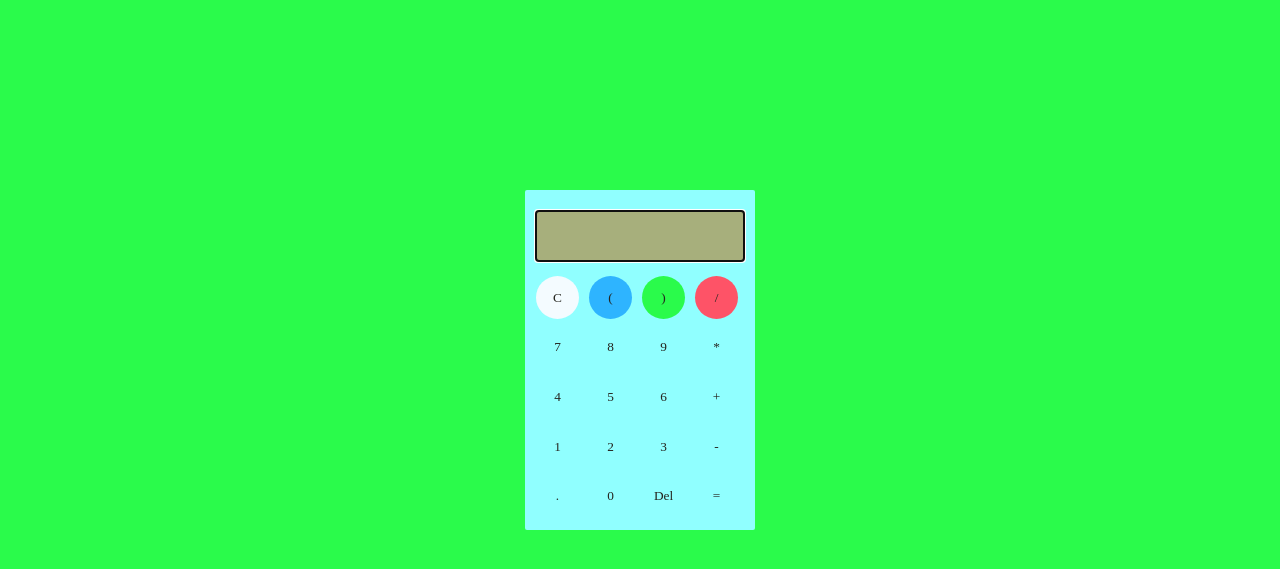
Repository: ServerK001/CalcJsVanilha
Page: index.html
These files come from the project's save history. The page is drawn as it stood at one moment and after the next save; the edit follows.
The browser window is 1280 px wide. The pictures show the whole page.
The first visible `input[type=text]` has the focus.

Above is the page before, as saved 2022-02-14 22:06:20.

### index.html
<!DOCTYPE html>
<html lang="pt-br">
<head>
    <meta charset="UTF-8">
    <meta http-equiv="X-UA-Compatible" content="IE=edge">
    <meta name="viewport" content="width=device-width, initial-scale=1.0">
    <script src="index.js" ></script>
    <link rel="stylesheet" href="style.css">


    <title>Calculadora</title>
</head>
<body>

        <section class="conteiner">


            <table class="calculadora">
                <tr>
                    <td colspan="4"><input type="text" class="display"></td>
                </tr>

                <tr>
                    <td><button class="btn btn_1 btn-clear">C</button></td>
                    <td><button class="btn btn_2 btn-num">(</button></td>
                    <td><button class="btn btn_3 btn-num">)</button></td>
                    <td><button class="btn btn_4 btn-num">/</button></td>
                </tr>

                <tr>
                    <td><button class="btn btn-num">7</button></td>
                    <td><button class="btn btn-num">8</button></td>
                    <td><button class="btn btn-num">9</button></td>
                    <td><button class="btn btn-num">*</button></td>
                </tr>
                <tr>
                    <td><button class="btn btn-num">4</button></td>
                    <td><button class="btn btn-num">5</button></td>
                    <td><button class="btn btn-num">6</button></td>
                    <td><button class="btn btn-num">+</button></td>
                </tr>
                <tr>
                    <td><button class="btn btn-num">1</button></td>
                    <td><button class="btn btn-num">2</button></td>
                    <td><button class="btn btn-num">3</button></td>
                    <td><button class="btn btn-num">-</button></td>
                </tr>
                <tr>
                    <td><button class="btn btn-num">.</button></td>
                    <td><button class="btn btn-num">0</button></td>
                    <td><button class="btn btn-del">Del</button></td>
                    <td><button class="btn btn-num">=</button></td>
                </tr>

            </table>


        </section>

</body>
</html>

### index.js
console.log('Olá mundo')

### style.css


:root{
    --btn: #25251f;
    --font-display:#435338;
    --displayBG:#a7af7c;
    --bgCalc:#90FFFF;
    --bgConteiner:#5b5b5b;

    /*Bootuns Colors*/

    --btn_1:#F4FBFF;
    --btn_2:#2EB4FF;
    --btn_3:#2AFB4B;
    --btn_4:#FE5367;
    --btn_5:#FDEA44;
    --btn_6:#EA46ED;
    --btnHover: #c5e9fd;




}

.display{
    font-size: 1rem;
    width: 100%;
    height: 50px;
    text-align: right;
    font-family: "Unibody 8";
    color: var(--font-display);
    background-color: var(--displayBG);

        border: none;
}

input[type=text] {
    width: 100%;
    padding: 12px 20px;
    margin: 8px 0;
    box-sizing: border-box;
  }
  input[type=text]:focus{
      border: none;

  }

.btn{
    font-family: "Unibody 8";
    color:var(--btn);
    background-color: var(--bgBtn);
    padding: 0.5rem ;
    border-radius: 50%;
    align-items: center;
    border: none;
    height: 43px;
    width: 43px;
    text-align: center;
    transition: 0.3s;
}.btn:hover{
    background-color: var(--btnHover) ;
}


.calculadora{
    background-color: var(--bgCalc);
    padding: 0.5rem;
    height: 340px;
    width: 230px;
    border-radius: 2px;

}


.body{
    background-color: var(--bgConteiner);
    padding: 1rem;
}

.btn_1{background-color:var(--btn_1)}
.btn_2{background-color:var(--btn_2)}
.btn_3{background-color:var(--btn_3)}
.btn_4{background-color:var(--btn_4)}
.btn_5{background-color:var(--btn_5)}
.btn_6{background-color:var(--btn_6)}

.conteiner{
    display: flex;
    align-items: center;
    justify-content: center;
    height: 100vh;
    background-color: #2AFB4B;
}




html, body{
    box-sizing:none;
    margin: 0 auto;
    border: none;
    padding: 0;
    line-height: 1;


}

After the next save:
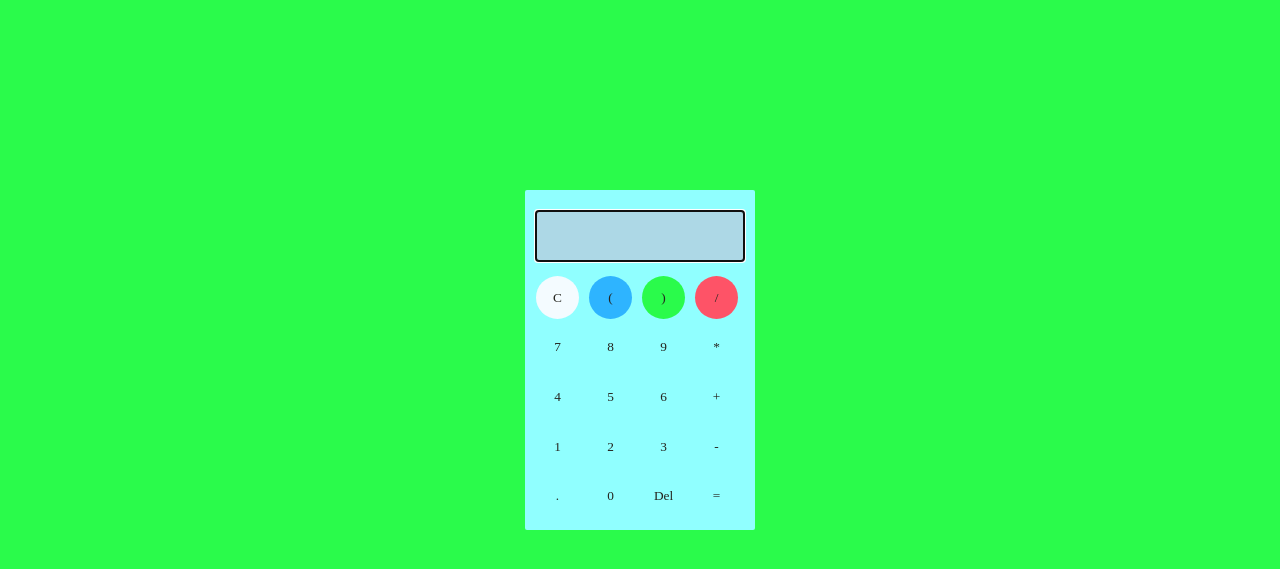
Saved 22 s later.
--- a/style.css
+++ b/style.css
@@ -40,9 +40,8 @@ input[type=text] {
     margin: 8px 0;
     box-sizing: border-box;
   }
-  input[type=text]:focus{
-      border: none;
-
+  input[type=text]:focus {
+    background-color: lightblue;
   }
 
 .btn{
